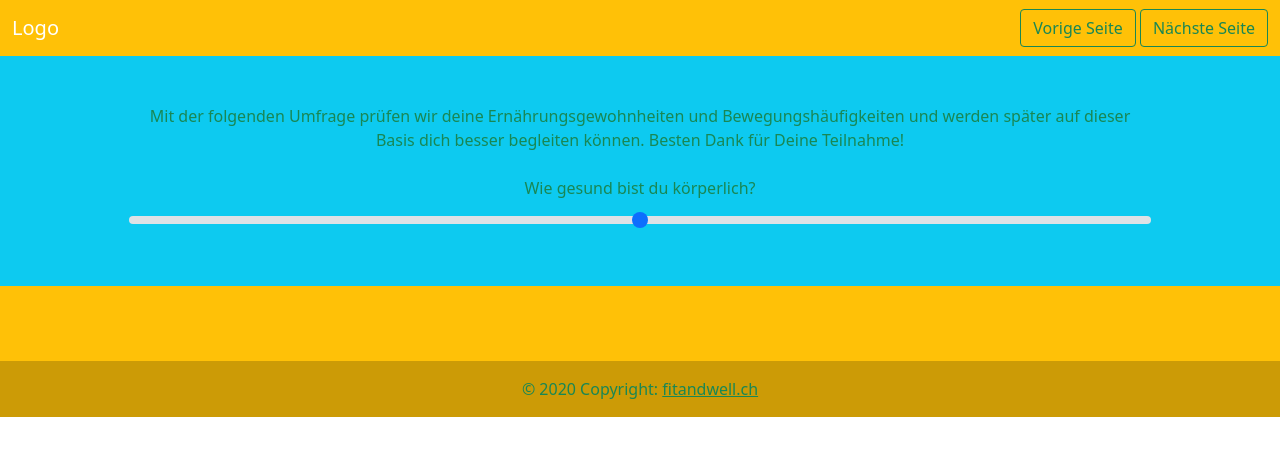
Repository: stephane71183101/Stephane-Personal-Health-Survey
Page: http://localhost/form-q01-start-page.php
An editor plug-in stored every save of this project. The page is shown before and after the next save, followed by the edit.
The browser window is 1280 px wide. The pictures show the whole page.
The page is run by PHP 8.4 with error messages shown; the project is at /var/www/html/.

Above is the page before, as saved 2022-03-15 16:30:30.

### form-q01-start-page.php
<!DOCTYPE html>
<html lang="en">
<head>
    <meta charset="UTF-8">
    <meta http-equiv="X-UA-Compatible" content="IE=edge">
    <meta name="viewport" content="width=device-width, initial-scale=1.0">
    <title>Document</title>
    <link href="https://cdn.jsdelivr.net/npm/bootstrap@5.1.3/dist/css/bootstrap.min.css" rel="stylesheet" integrity="sha384-1BmE4kWBq78iYhFldvKuhfTAU6auU8tT94WrHftjDbrCEXSU1oBoqyl2QvZ6jIW3" crossorigin="anonymous">
    <script src="https://cdn.jsdelivr.net/npm/bootstrap@5.1.3/dist/js/bootstrap.bundle.min.js" integrity="sha384-ka7Sk0Gln4gmtz2MlQnikT1wXgYsOg+OMhuP+IlRH9sENBO0LRn5q+8nbTov4+1p" crossorigin="anonymous"></script>
</head>

<header>
    <nav class="navbar navbar-expand-lg navbar-light bg-warning">
    <div class="container-fluid">
        <a class="navbar-brand text-white" href="#">Logo</a>
        <div class="nav justify-content-end" id="navbarNav">
            <form class="d-flexme-2">
                <button class="btn btn-outline-success" type="submit">Vorige Seite</button>
                <button class="btn btn-outline-success" type="submit">Nächste Seite</button>
            </form>
        </div>
    </div>
    </nav>
</header>

<body>
    <div class="container-fluid pt-5 pb-2 text-center text-success bg-info">
        <div  class="container col-10">
        <p>Mit der folgenden Umfrage prüfen wir deine Ernährungsgewohnheiten und Bewegungshäufigkeiten und werden später auf dieser Basis dich besser begleiten können. Besten Dank für Deine Teilnahme!</p>
        </div>
    </div>

    <div class="container-fluid pb-5 text-center text-success bg-info">
        <div  class="container col-10">
        <form>
        <label for="customRange1 pb-2" class="form-label">Wie gesund bist du körperlich?</label>
        <input type="range" class="form-range" id="customRange1">
        </form>
        </div>
    </div>

<footer>
    <div class="text-center text-white bg-warning">
    <!-- Grid container -->
    <div class="container pt-4">
        <!-- Section: Social media -->
        <section class="mb-4">
        <!-- Facebook -->
        <a
            class="btn btn-link btn-floating btn-lg text-dark m-1"
            href="#"
            role="button"
            data-mdb-ripple-color="dark"
            ><i class="fab fa-facebook-f"></i
        ></a>

        <!-- Twitter -->
        <a
            class="btn btn-link btn-floating btn-lg text-dark m-1"
            href="#!"
            role="button"
            data-mdb-ripple-color="dark"
            ><i class="fab fa-twitter"></i
        ></a>

        <!-- Google -->
        <a
            class="btn btn-link btn-floating btn-lg text-dark m-1"
            href="#!"
            role="button"
            data-mdb-ripple-color="dark"
            ><i class="fab fa-google"></i
        ></a>

        <!-- Instagram -->
        <a
            class="btn btn-link btn-floating btn-lg text-dark m-1"
            href="#!"
            role="button"
            data-mdb-ripple-color="dark"
            ><i class="fab fa-instagram"></i
        ></a>

        <!-- Linkedin -->
        <a
            class="btn btn-link btn-floating btn-lg text-dark m-1"
            href="#!"
            role="button"
            data-mdb-ripple-color="dark"
            ><i class="fab fa-linkedin"></i
        ></a>
        <!-- Github -->
        <a
            class="btn btn-link btn-floating btn-lg text-dark m-1"
            href="#!"
            role="button"
            data-mdb-ripple-color="dark"
            ><i class="fab fa-github"></i
        ></a>
        </section>
        <!-- Section: Social media -->
    </div>
    <!-- Grid container -->

    <!-- Copyright -->
    <div class="text-center text-success p-3" style="background-color: rgba(0, 0, 0, 0.2);">
        © 2020 Copyright:
        <a class="text-success" href="#">fitandwell.ch</a>
    </div>
    <!-- Copyright -->
    </div>
</footer>
</body>

</html>

After the next save:
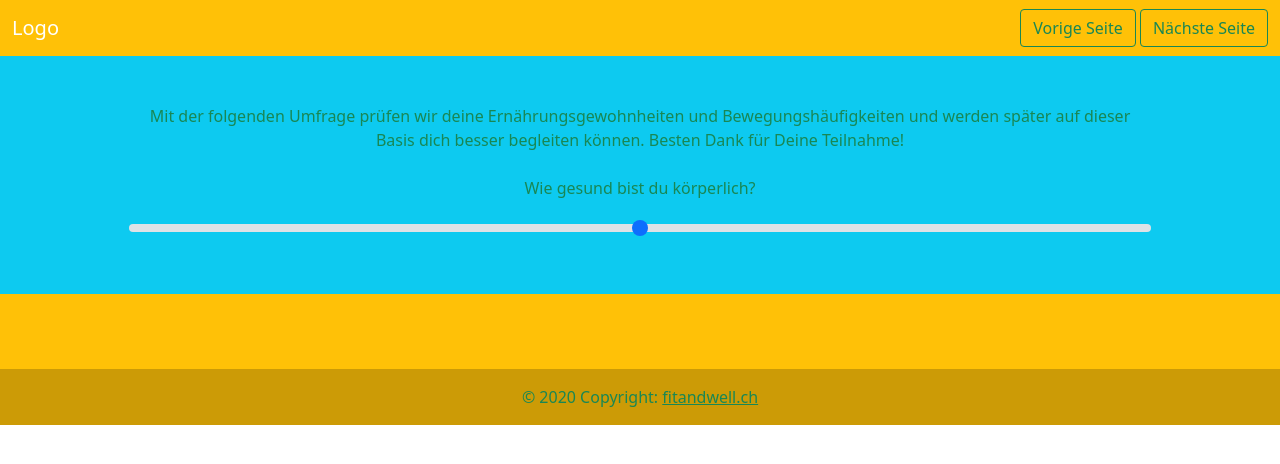
Saved 11 s later.
--- a/form-q01-start-page.php
+++ b/form-q01-start-page.php
@@ -33,7 +33,7 @@
     <div class="container-fluid pb-5 text-center text-success bg-info">
         <div  class="container col-10">
         <form>
-        <label for="customRange1 pb-2" class="form-label">Wie gesund bist du körperlich?</label>
+        <label for="customRange1" class="form-label pb-2">Wie gesund bist du körperlich?</label>
         <input type="range" class="form-range" id="customRange1">
         </form>
         </div>
